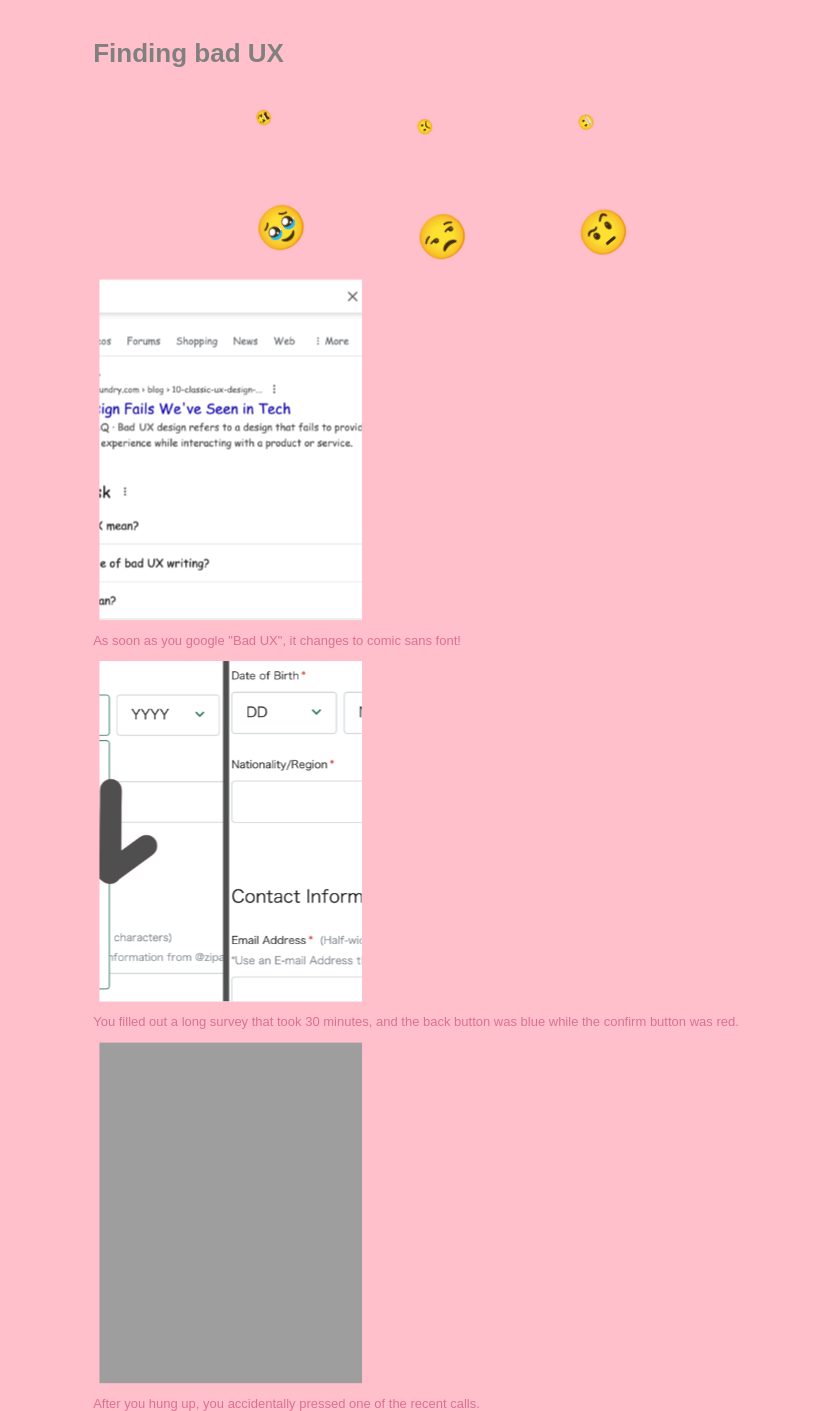
Repository: j1s00jang/MDIA-2109
Page: index.html
An editor plug-in stored every save of this project. The page is shown before and after the next save, followed by the edit.
The browser window is 1280 px wide. The pictures show the whole page, at 65% of full size.
Pictures or frames that could not be fetched are drawn as grey boxes. Some web libraries are served in a nearby version.

Above is the page before, as saved 2025-02-24 15:09:28.

After the next save:
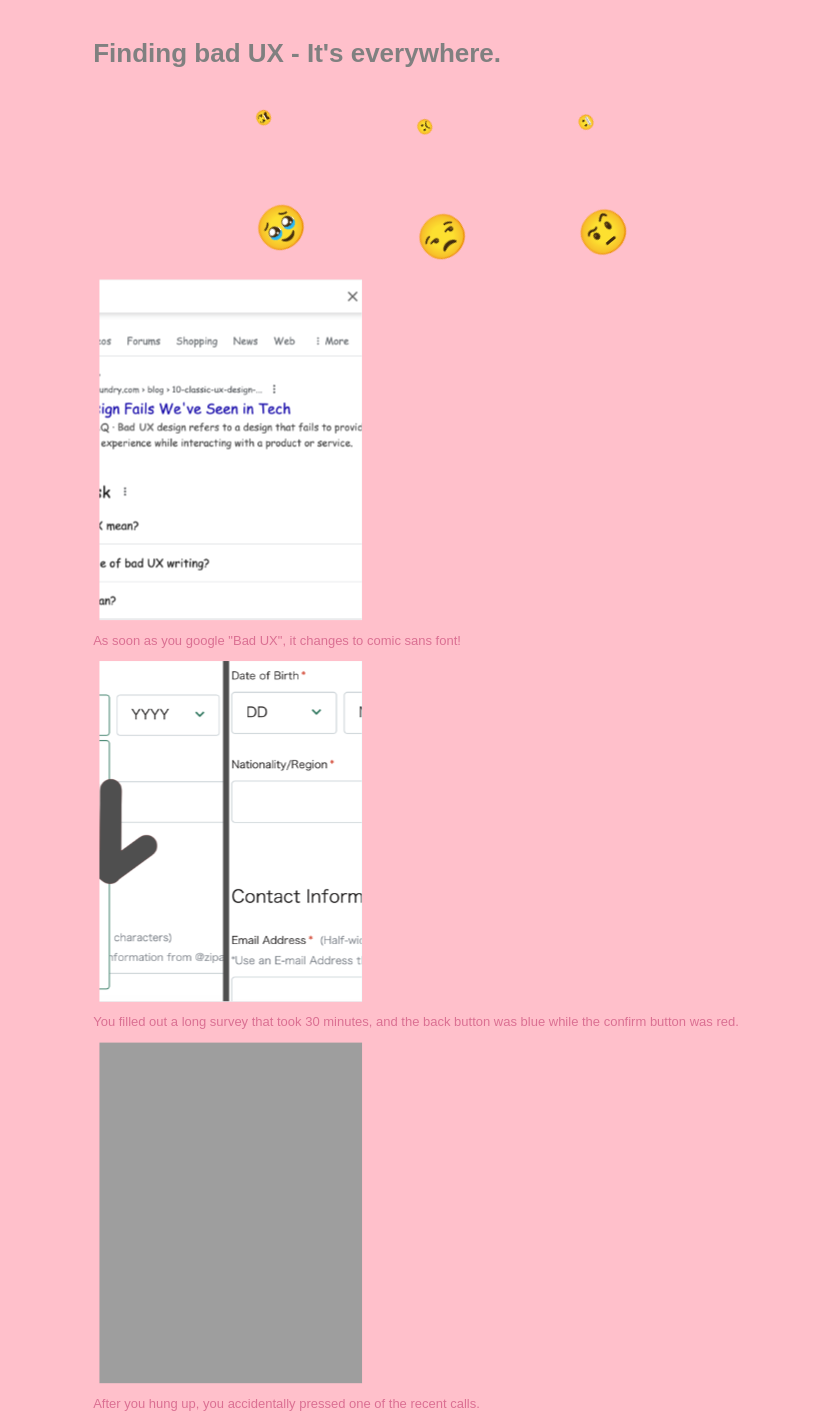
Saved 1 s later.
--- a/index.html
+++ b/index.html
@@ -7,7 +7,7 @@
     </head>
     <body>
         <main>
-            <h1 class="title">Finding bad UX</h1>
+            <h1 class="title">Finding bad UX - It's everywhere.</h1>
 
         <div class="js">
             <span class="js__spinner spin">😫</span>
@@ -19,9 +19,7 @@
             <span class="gsap__spinner spin">🥹</span>
             <span class="gsap__spinner moreSpin">😒</span>
             <span class="gsap__spinner mostSpin">🤨</span>
-        </div>
-        <div>
-        <canvas class="sparkle-canvas" width="760" style="position: absolute; top: -20px; left: -20px; pointer-events: none; display: none;" height="182"></canvas>
+
         </div>
             <div class="first">
                 <img src="css/first.png" alt="google ux" class="first_photo">
